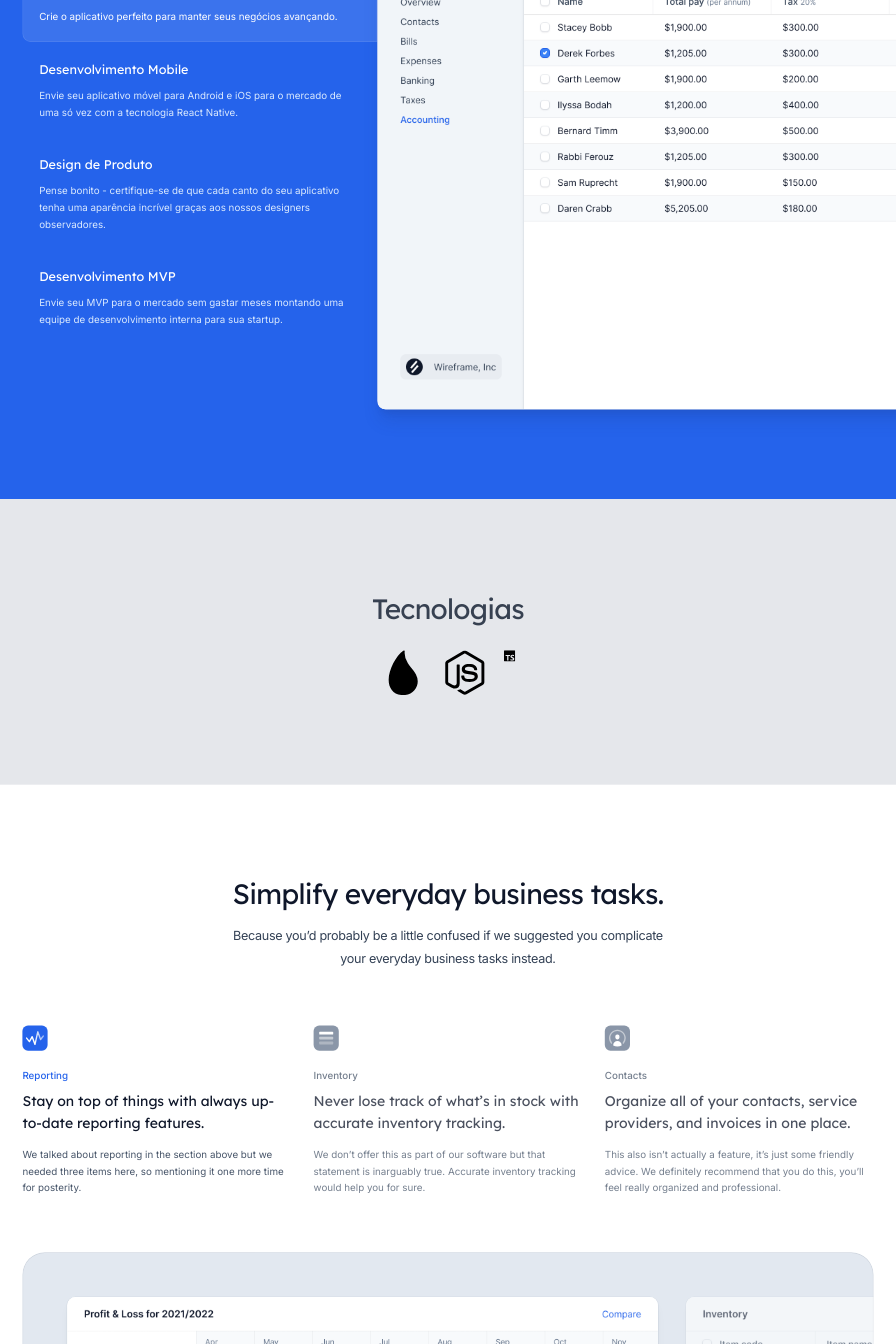
Repository: LuisSempre/imaginative
Page: /
The author's editor kept a copy of each file at every save. The page is drawn from the files as they stood at one save, then again after the next save.
The browser window is 1280 px wide. The pictures show the part of the page from y = 2350 to 4270 px (the page is 10326 px tall), at 70% of full size.
The project was rebuilt for these pictures with package versions that can differ from the ones it lists, and the page was loaded fresh each time. The framework's server and built-in components were replaced by stand-ins that run in the browser. Also part of the build but not shown: next.config.js.

Above is the page before, as saved 2022-07-15 11:22:49.

### src/pages/index.jsx
import Head from 'next/head'

import { CallToAction } from '@/components/CallToAction'
import { Faqs } from '@/components/Faqs'
import { Footer } from '@/components/Footer'
import { Header } from '@/components/Header'
import { Hero } from '@/components/Hero'
import { Contact } from '@/components/Contact'
import { PrimaryFeatures } from '@/components/PrimaryFeatures'
import { SecondaryFeatures } from '@/components/SecondaryFeatures'
import { Testimonials } from '@/components/Testimonials'
import { Tecnology } from '@/components/Tecnology'

export default function Home() {
  return (
    <>
      <Head>
        <title>TaxPal - Accounting made simple for small businesses</title>
        <meta
          name="description"
          content="Most bookkeeping software is accurate, but hard to use. We make the opposite trade-off, and hope you don’t get audited."
        />
      </Head>
      <Header />
      <main>
        <Hero />
        <PrimaryFeatures />
        <Tecnology />
        <SecondaryFeatures />
        <CallToAction />
        <Testimonials />
        <Contact />
        <Faqs />
      </main>
      <Footer />
    </>
  )
}

### src/components/CallToAction.jsx
import Image from 'next/future/image'

import { Button } from '@/components/Button'
import { Container } from '@/components/Container'
import backgroundImage from '@/images/background-call-to-action.jpg'

export function CallToAction() {
  return (
    <section
      id="get-started-today"
      className="relative overflow-hidden bg-blue-600 py-32"
    >
      <Image
        className="absolute top-1/2 left-1/2 max-w-none -translate-x-1/2 -translate-y-1/2"
        src={backgroundImage}
        alt=""
        width={2347}
        height={1244}
        unoptimized
      />
      <Container className="relative">
        <div className="mx-auto max-w-lg text-center">
          <h2 className="font-display text-3xl tracking-tight text-white sm:text-4xl">
            Get started today
          </h2>
          <p className="mt-4 text-lg tracking-tight text-white">
            It’s time to take control of your books. Buy our software so you can
            feel like you’re doing something productive.
          </p>
          <Button href="/register" color="white" className="mt-10">
            Get 6 months free
          </Button>
        </div>
      </Container>
    </section>
  )
}

### src/components/Faqs.jsx
import Image from 'next/future/image'

import { Container } from '@/components/Container'
import backgroundImage from '@/images/background-faqs.jpg'

const faqs = [
  [
    {
      question: 'Does TaxPal handle VAT?',
      answer:
        'Well no, but if you move your company offshore you can probably ignore it.',
    },
    {
      question: 'Can I pay for my subscription via purchase order?',
      answer: 'Absolutely, we are happy to take your money in all forms.',
    },
    {
      question: 'How do I apply for a job at TaxPal?',
      answer:
        'We only hire our customers, so subscribe for a minimum of 6 months and then let’s talk.',
    },
  ],
  [
    {
      question: 'What was that testimonial about tax fraud all about?',
      answer:
        'TaxPal is just a software application, ultimately your books are your responsibility.',
    },
    {
      question:
        'TaxPal sounds horrible but why do I still feel compelled to purchase?',
      answer:
        'This is the power of excellent visual design. You just can’t resist it, no matter how poorly it actually functions.',
    },
    {
      question:
        'I found other companies called TaxPal, are you sure you can use this name?',
      answer:
        'Honestly not sure at all. We haven’t actually incorporated or anything, we just thought it sounded cool and made this website.',
    },
  ],
  [
    {
      question: 'How do you generate reports?',
      answer:
        'You just tell us what data you need a report for, and we get our kids to create beautiful charts for you using only the finest crayons.',
    },
    {
      question: 'Can we expect more inventory features?',
      answer: 'In life it’s really better to never expect anything at all.',
    },
    {
      question: 'I lost my password, how do I get into my account?',
      answer:
        'Send us an email and we will send you a copy of our latest password spreadsheet so you can find your information.',
    },
  ],
]

export function Faqs() {
  return (
    <section
      id="faq"
      aria-labelledby="faq-title"
      className="relative overflow-hidden bg-slate-50 py-20 sm:py-32"
    >
      <Image
        className="absolute top-0 left-1/2 max-w-none translate-x-[-30%] -translate-y-1/4"
        src={backgroundImage}
        alt=""
        width={1558}
        height={946}
        unoptimized
      />
      <Container className="relative">
        <div className="mx-auto max-w-2xl lg:mx-0">
          <h2
            id="faq-title"
            className="font-display text-3xl tracking-tight text-slate-900 sm:text-4xl"
          >
            Frequently asked questions
          </h2>
          <p className="mt-4 text-lg tracking-tight text-slate-700">
            If you can’t find what you’re looking for, email our support team
            and if you’re lucky someone will get back to you.
          </p>
        </div>
        <ul
          role="list"
          className="mx-auto mt-16 grid max-w-2xl grid-cols-1 gap-8 lg:max-w-none lg:grid-cols-3"
        >
          {faqs.map((column, columnIndex) => (
            <li key={columnIndex}>
              <ul role="list" className="flex flex-col gap-y-8">
                {column.map((faq, faqIndex) => (
                  <li key={faqIndex}>
                    <h3 className="font-display text-lg leading-7 text-slate-900">
                      {faq.question}
                    </h3>
                    <p className="mt-4 text-sm text-slate-700">{faq.answer}</p>
                  </li>
                ))}
              </ul>
            </li>
          ))}
        </ul>
      </Container>
    </section>
  )
}

### src/components/Footer.jsx
import Link from 'next/link'

import { Container } from '@/components/Container'
import { Logo } from '@/components/Logo'
import { NavLink } from '@/components/NavLink'

export function Footer() {
  return (
    <footer className="bg-slate-50">
      <Container>
        <div className="py-16">
          <Logo className="mx-auto h-10 w-auto" />
          <nav className="mt-10 text-sm" aria-label="quick links">
            <div className="-my-1 flex justify-center gap-x-6">
              <NavLink href="#features">Features</NavLink>
              <NavLink href="#testimonials">Testimonials</NavLink>
              <NavLink href="#pricing">Pricing</NavLink>
            </div>
          </nav>
        </div>
        <div className="flex flex-col items-center border-t border-slate-400/10 py-10 sm:flex-row-reverse sm:justify-between">
          <div className="flex gap-x-6">
            <Link
              href="https://twitter.com"
              className="group"
              aria-label="TaxPal on Twitter"
            >
              <svg
                aria-hidden="true"
                className="h-6 w-6 fill-slate-500 group-hover:fill-slate-700"
              >
                <path d="M8.29 20.251c7.547 0 11.675-6.253 11.675-11.675 0-.178 0-.355-.012-.53A8.348 8.348 0 0 0 22 5.92a8.19 8.19 0 0 1-2.357.646 4.118 4.118 0 0 0 1.804-2.27 8.224 8.224 0 0 1-2.605.996 4.107 4.107 0 0 0-6.993 3.743 11.65 11.65 0 0 1-8.457-4.287 4.106 4.106 0 0 0 1.27 5.477A4.073 4.073 0 0 1 2.8 9.713v.052a4.105 4.105 0 0 0 3.292 4.022 4.093 4.093 0 0 1-1.853.07 4.108 4.108 0 0 0 3.834 2.85A8.233 8.233 0 0 1 2 18.407a11.615 11.615 0 0 0 6.29 1.84" />
              </svg>
            </Link>
            <Link
              href="https://github.com"
              className="group"
              aria-label="TaxPal on GitHub"
            >
              <svg
                aria-hidden="true"
                className="h-6 w-6 fill-slate-500 group-hover:fill-slate-700"
              >
                <path d="M12 2C6.477 2 2 6.484 2 12.017c0 4.425 2.865 8.18 6.839 9.504.5.092.682-.217.682-.483 0-.237-.008-.868-.013-1.703-2.782.605-3.369-1.343-3.369-1.343-.454-1.158-1.11-1.466-1.11-1.466-.908-.62.069-.608.069-.608 1.003.07 1.531 1.032 1.531 1.032.892 1.53 2.341 1.088 2.91.832.092-.647.35-1.088.636-1.338-2.22-.253-4.555-1.113-4.555-4.951 0-1.093.39-1.988 1.029-2.688-.103-.253-.446-1.272.098-2.65 0 0 .84-.27 2.75 1.026A9.564 9.564 0 0 1 12 6.844a9.59 9.59 0 0 1 2.504.337c1.909-1.296 2.747-1.027 2.747-1.027.546 1.379.202 2.398.1 2.651.64.7 1.028 1.595 1.028 2.688 0 3.848-2.339 4.695-4.566 4.943.359.309.678.92.678 1.855 0 1.338-.012 2.419-.012 2.747 0 .268.18.58.688.482A10.02 10.02 0 0 0 22 12.017C22 6.484 17.522 2 12 2Z" />
              </svg>
            </Link>
          </div>
          <p className="mt-6 text-sm text-slate-500 sm:mt-0">
            Copyright &copy; {new Date().getFullYear()} TaxPal. All rights
            reserved.
          </p>
        </div>
      </Container>
    </footer>
  )
}

### src/components/Header.jsx
import { Fragment } from 'react'
import Link from 'next/link'
import { Popover, Transition } from '@headlessui/react'
import clsx from 'clsx'
import { Container } from '@/components/Container'
import { Logo } from '@/components/Logo'
import { NavLink } from '@/components/NavLink'

function MobileNavLink({ href, children }) {
  return (
    <Popover.Button as={Link} href={href} className="block w-full p-2">
      {children}
    </Popover.Button>
  )
}

function MobileNavIcon({ open }) {
  return (
    <svg
      aria-hidden="true"
      className="h-3.5 w-3.5 overflow-visible stroke-slate-700"
      fill="none"
      strokeWidth={2}
      strokeLinecap="round"
    >
      <path
        d="M0 1H14M0 7H14M0 13H14"
        className={clsx(
          'origin-center transition',
          open && 'scale-90 opacity-0'
        )}
      />
      <path
        d="M2 2L12 12M12 2L2 12"
        className={clsx(
          'origin-center transition',
          !open && 'scale-90 opacity-0'
        )}
      />
    </svg>
  )
}

function MobileNavigation() {
  return (
    <Popover>
      <Popover.Button
        className="relative z-10 flex h-8 w-8 items-center justify-center [&:not(:focus-visible)]:focus:outline-none"
        aria-label="Toggle Navigation"
      >
        {({ open }) => <MobileNavIcon open={open} />}
      </Popover.Button>
      <Transition.Root>
        <Transition.Child
          as={Fragment}
          enter="duration-150 ease-out"
          enterFrom="opacity-0"
          enterTo="opacity-100"
          leave="duration-150 ease-in"
          leaveFrom="opacity-100"
          leaveTo="opacity-0"
        >
          <Popover.Overlay className="fixed inset-0 bg-slate-300/50" />
        </Transition.Child>
        <Transition.Child
          as={Fragment}
          enter="duration-150 ease-out"
          enterFrom="opacity-0 scale-95"
          enterTo="opacity-100 scale-100"
          leave="duration-100 ease-in"
          leaveFrom="opacity-100 scale-100"
          leaveTo="opacity-0 scale-95"
        >
          <Popover.Panel
            as="div"
            className="absolute inset-x-0 flex flex-col p-4 mt-4 text-lg tracking-tight origin-top bg-white shadow-xl top-full rounded-2xl text-slate-900 ring-1 ring-slate-900/5"
          >
            <MobileNavLink href="#services">Serviços</MobileNavLink>
            <MobileNavLink href="#portifolio">Portfólio</MobileNavLink>
            <MobileNavLink href="#sobre">Sobre</MobileNavLink>
          </Popover.Panel>
        </Transition.Child>
      </Transition.Root>
    </Popover>
  )
}

export function Header() {
  return (
    <header className="py-10">
      <Container>
        <nav className="relative z-50 flex justify-between">
          <div className="flex items-center md:gap-x-12">
            <Link href="#" aria-label="Home">
              <Logo className="w-auto h-10" />
            </Link>
          </div>
          <div className="flex items-center gap-x-5 md:gap-x-8">
            <div className="hidden md:flex">
              <NavLink href="#services">Serviços</NavLink>
              <NavLink href="#portifolio">Portfólio</NavLink>
              <NavLink href="#sobre">Sobre</NavLink>
            </div>
            <div className="-mr-1 md:hidden">
              <MobileNavigation />
            </div>
          </div>
        </nav>
      </Container>
    </header>
  )
}

### src/components/Hero.jsx
import Image from 'next/future/image'

import { Button } from '@/components/Button'
import { Container } from '@/components/Container'
import logoLaravel from '@/images/logos/laravel.svg'
import logoMirage from '@/images/logos/mirage.svg'
import logoStatamic from '@/images/logos/statamic.svg'
import logoStaticKit from '@/images/logos/statickit.svg'
import logoTransistor from '@/images/logos/transistor.svg'
import logoTuple from '@/images/logos/tuple.svg'

export function Hero() {
  return (
    <Container className="pt-20 pb-16 text-center lg:pt-32">
      <h1 className="max-w-4xl mx-auto text-5xl font-medium tracking-tight font-display text-slate-900 sm:text-7xl">
        Construindo{' '}
        <span className="relative text-blue-500 whitespace-nowrap">
          <svg
            aria-hidden="true"
            viewBox="0 0 418 42"
            className="absolute top-2/3 left-0 h-[0.58em] w-full fill-blue-300/70"
            preserveAspectRatio="none"
          >
            <path d="M203.371.916c-26.013-2.078-76.686 1.963-124.73 9.946L67.3 12.749C35.421 18.062 18.2 21.766 6.004 25.934 1.244 27.561.828 27.778.874 28.61c.07 1.214.828 1.121 9.595-1.176 9.072-2.377 17.15-3.92 39.246-7.496C123.565 7.986 157.869 4.492 195.942 5.046c7.461.108 19.25 1.696 19.17 2.582-.107 1.183-7.874 4.31-25.75 10.366-21.992 7.45-35.43 12.534-36.701 13.884-2.173 2.308-.202 4.407 4.442 4.734 2.654.187 3.263.157 15.593-.78 35.401-2.686 57.944-3.488 88.365-3.143 46.327.526 75.721 2.23 130.788 7.584 19.787 1.924 20.814 1.98 24.557 1.332l.066-.011c1.201-.203 1.53-1.825.399-2.335-2.911-1.31-4.893-1.604-22.048-3.261-57.509-5.556-87.871-7.36-132.059-7.842-23.239-.254-33.617-.116-50.627.674-11.629.54-42.371 2.494-46.696 2.967-2.359.259 8.133-3.625 26.504-9.81 23.239-7.825 27.934-10.149 28.304-14.005.417-4.348-3.529-6-16.878-7.066Z" />
          </svg>
          <span className="relative">software inovador</span>
        </span>{' '}
        para você crescer.
      </h1>
      <p className="max-w-2xl mx-auto mt-6 text-xl tracking-tight text-slate-700">
        Desenvolvimento de aplicativos web e mobile
      </p>
      <div className="flex justify-center mt-10 gap-x-6">
        <Button className="px-12 py-4 text-xl" href="#contato">
          Entre em contato
        </Button>
      </div>
      <div className="mt-36 lg:mt-44">
        <p className="text-base font-display text-slate-900">
         Confiado por empresas inovadoras
        </p>
        <ul
          role="list"
          className="flex items-center justify-center mt-8 gap-x-8 sm:flex-col sm:gap-x-0 sm:gap-y-10 xl:flex-row xl:gap-x-12 xl:gap-y-0"
        >
          {[
            [
              { name: 'Transistor', logo: logoTransistor },
              { name: 'Tuple', logo: logoTuple },
              { name: 'StaticKit', logo: logoStaticKit },
            ],
            [
              { name: 'Mirage', logo: logoMirage },
              { name: 'Laravel', logo: logoLaravel },
              { name: 'Statamic', logo: logoStatamic },
            ],
          ].map((group, groupIndex) => (
            <li key={groupIndex}>
              <ul
                role="list"
                className="flex flex-col items-center gap-y-8 sm:flex-row sm:gap-x-12 sm:gap-y-0"
              >
                {group.map((company) => (
                  <li key={company.name} className="flex">
                    <Image src={company.logo} alt={company.name} unoptimized />
                  </li>
                ))}
              </ul>
            </li>
          ))}
        </ul>
      </div>
    </Container>
  )
}

### src/components/Tecnology.jsx
import { Container } from '@/components/Container'
import { FaReact, FaVuejs, FaNodeJs, FaPhoenixFramework } from 'react-icons/fa'
import { SiElixir, SiTypescript } from 'react-icons/si'

export function Tecnology() {
  return (
    <section
      id="get-started-today"
      className="relative py-32 overflow-hidden bg-gray-200"
    >
      <Container className="relative">
        <div className="max-w-lg mx-auto text-center">
          <h2 className="text-3xl tracking-tight text-gray-700 font-display sm:text-4xl">
            Tecnologias
          </h2>
          <div className="flex justify-center mt-8 space-x-6">
          <SiElixir className='w-16 h-16' />
          <FaNodeJs className='w-16 h-16' />
          <SiTypescript />
          </div>
        </div>
      </Container>
    </section>
  )
}

### src/components/Button.jsx
import Link from 'next/link'
import clsx from 'clsx'

const baseStyles = {
  solid:
    'group inline-flex items-center justify-center rounded-full py-2 px-4 text-sm font-semibold focus:outline-none focus-visible:outline-2 focus-visible:outline-offset-2',
  outline:
    'group inline-flex ring-1 items-center justify-center rounded-full py-2 px-4 text-sm focus:outline-none',
}

const variantStyles = {
  solid: {
    slate:
      'bg-slate-900 text-white hover:bg-slate-700 hover:text-slate-100 active:bg-slate-800 active:text-slate-300 focus-visible:outline-slate-900',
    blue: 'bg-blue-600 text-white hover:text-slate-100 hover:bg-blue-500 active:bg-blue-800 active:text-blue-100 focus-visible:outline-blue-600',
    white:
      'bg-white text-slate-900 hover:bg-blue-50 active:bg-blue-200 active:text-slate-600 focus-visible:outline-white',
  },
  outline: {
    slate:
      'ring-slate-200 text-slate-700 hover:text-slate-900 hover:ring-slate-300 active:bg-slate-100 active:text-slate-600 focus-visible:outline-blue-600 focus-visible:ring-slate-300',
    white:
      'ring-slate-700 text-white hover:ring-slate-500 active:ring-slate-700 active:text-slate-400 focus-visible:outline-white',
  },
}

export function Button({
  variant = 'solid',
  color = 'slate',
  className,
  href,
  ...props
}) {
  className = clsx(
    baseStyles[variant],
    variantStyles[variant][color],
    className
  )

  return href ? (
    <Link href={href} className={className} {...props} />
  ) : (
    <button className={className} {...props} />
  )
}

### src/components/Logo.jsx
import Image from 'next/image'
import logo from '../images/logos/logo.png'
export function Logo(props) {
  return <Image src={logo}  width={200}  height={32} alt="Picture of the author" />
}

Loaded but not shown: src/pages/_app.jsx (common file); src/pages/_document.jsx (common file); src/styles/tailwind.css (common file); src/components/Container.jsx (common file); src/components/NavLink.jsx (common file); tailwind.config.js (common file); src/components/Contact.jsx (187 lines, source omitted); src/components/SecondaryFeatures.jsx (231 lines, source omitted); src/components/Testimonials.jsx (144 lines, source omitted); src/components/PrimaryFeatures.jsx (157 lines, source omitted)

After the next save:
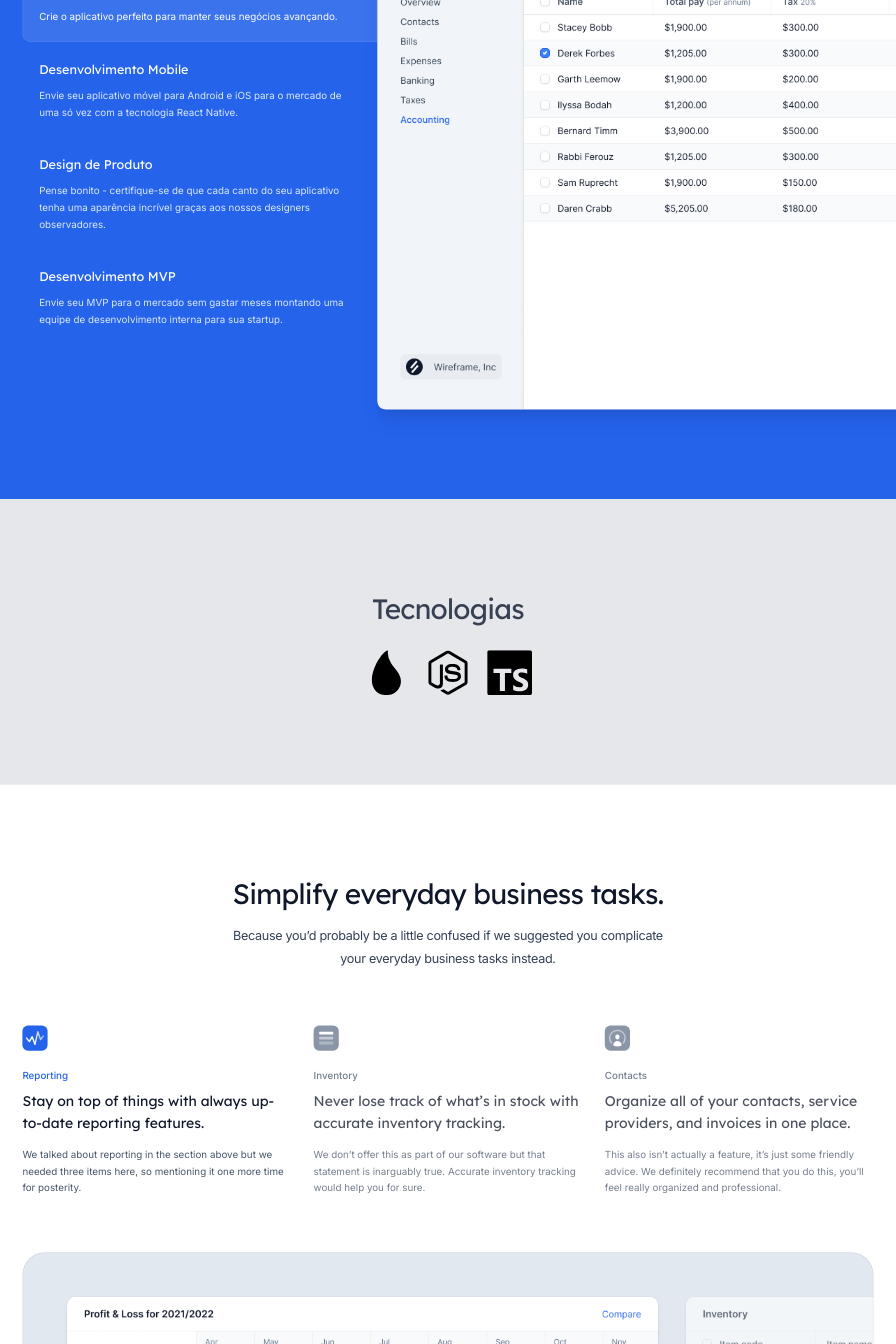
Saved 7 s later.
--- a/src/components/Tecnology.jsx
+++ b/src/components/Tecnology.jsx
@@ -16,7 +16,7 @@
           <div className="flex justify-center mt-8 space-x-6">
           <SiElixir className='w-16 h-16' />
           <FaNodeJs className='w-16 h-16' />
-          <SiTypescript />
+          <SiTypescript  className='w-16 h-16' />
           </div>
         </div>
       </Container>
